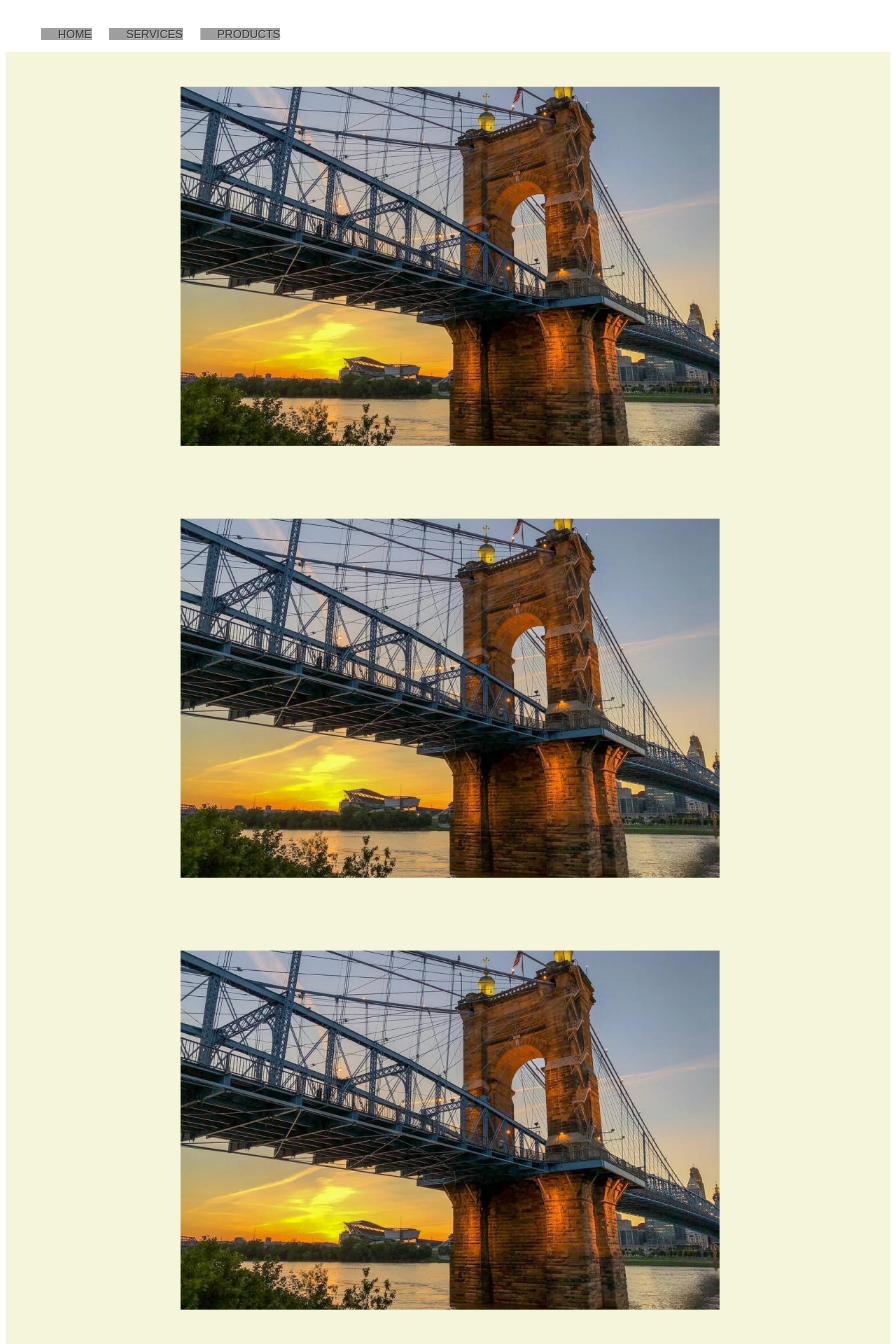
Repository: LtGriff/capstoneprogress
Page: index.html
An editor plug-in stored every save of this project. The page is shown before and after a run of saves, followed by the edit.
The browser window is 1280 px wide. The pictures show the part of the page from y = 0 to 1920 px (the page is 3167 px tall before and 2268 px after), at 70% of full size.
Pictures or frames that could not be fetched are drawn as grey boxes.

Above is the page before, as saved 2022-06-06 00:13:54.

### index.html
<!DOCTYPE html>
<html lang="en">
<head>
     <meta charset="UTF-8">
     <meta http-equiv="X-UA-Compatible" content="IE=edge">
     <meta name="viewport" content="width=device-width, initial-scale=1.0">
     <title>Document</title>
     <link rel="stylesheet" href="style.css">
</head>
<body>


     </html><nav id="main-menu">
     <ul class="nav-bar">
          <li class="nav-button-home"><a href="#">Home</a></li>
          <li class="nav-button-services"><a href="#">Services</a></li>
          <li class="nav-button-products"><a href="#">Products</a></li>
     </ul>
</nav>


<section class="gallery">
     <div class="picture">
          <img src="img/bridge.jpg" alt="bridge">


     </div>

     <div class="picture">
          <img src="img/bridge.jpg" alt="bridge">


     </div>

     <div class="picture">
          <img src="img/bridge.jpg" alt="bridge">


     </div>

     <div class="picture">
          <img src="img/bridge.jpg" alt="bridge">


     </div>


     <div class="picture">
          <img src="img/bridge.jpg" alt="bridge">


     </div>
</section>


</body>

### style.css
body { font-family: sans-serif; }

#main-menu .nav-bar { list-style:none; margin-top: 40px; }
#main-menu .nav-bar li { display:inline; padding:0 10px; }

#main-menu .nav-bar li a {
  text-decoration: none;
  padding-left: 25px;
  text-transform: uppercase;
  color: #333;
	text-shadow: 1px 1px 1px #ccc;
}

.nav-bar .nav-button-home a { background:url("https://www.cheesetoast.co.uk/cheesepress/wp-content/uploads/2012/08/home.gif") no-repeat 0px -2px transparent; }

.nav-bar .nav-button-services a { background:url("https://www.cheesetoast.co.uk/cheesepress/wp-content/uploads/2012/08/services.gif") no-repeat 0px -2px transparent; }

.nav-bar .nav-button-products a { background:url("https://www.cheesetoast.co.uk/cheesepress/wp-content/uploads/2012/08/products.gif") no-repeat 0px -2px transparent; }


.gallery{
  display: flex;
  flex-direction: row;
  flex-wrap: wrap;
  justify-content: space-between;
  background-color: beige;
  height: 100%;
  padding: 0px 200px;
}

.gallery .picture{
  margin: 50px;
}

.gallery .picture img{}

After the next 2 saves:
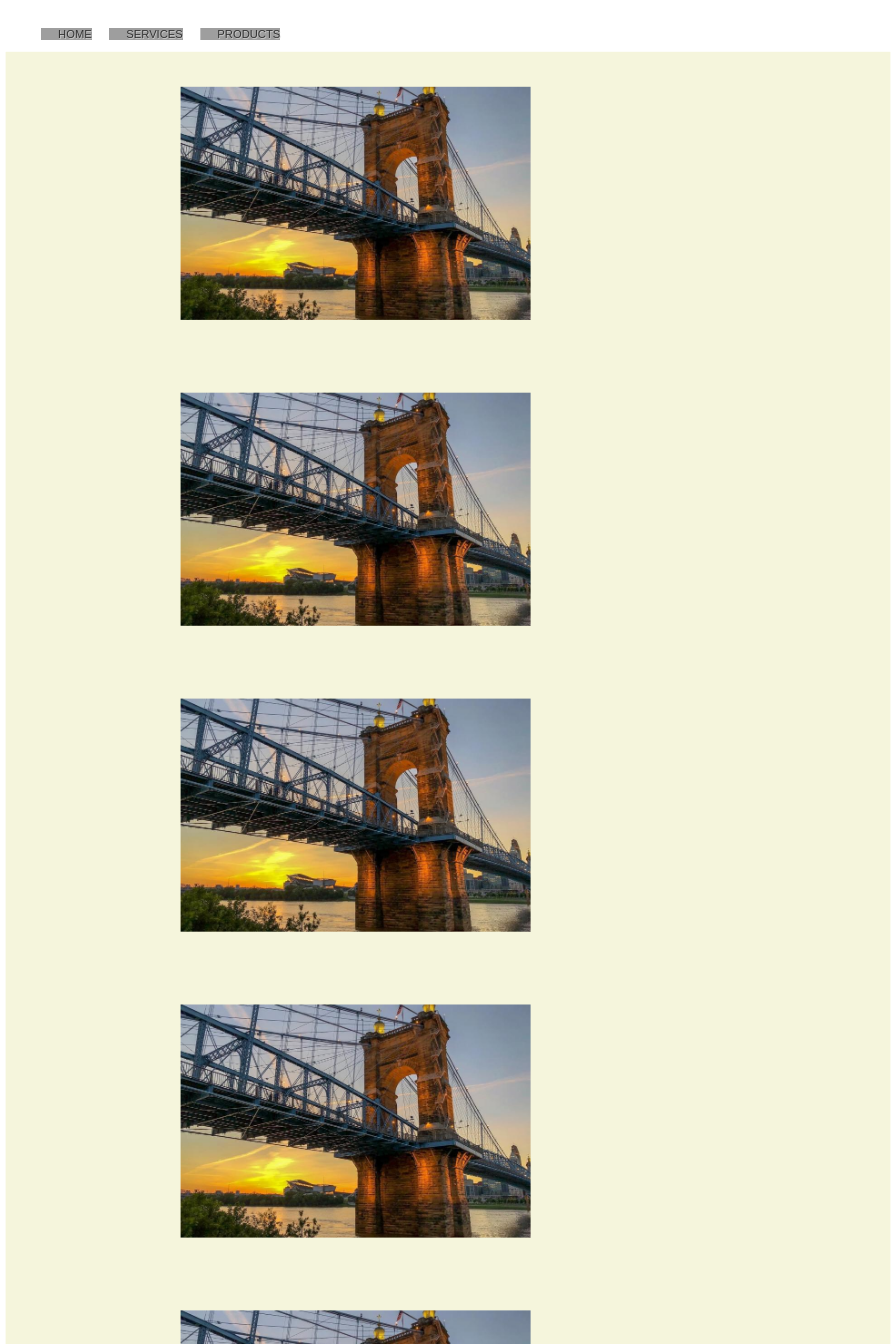
The 2 saves are shown as one change because they came seconds apart.
The last was saved 7 s later.
--- a/style.css
+++ b/style.css
@@ -32,4 +32,7 @@ body { font-family: sans-serif; }
   margin: 50px;
 }
 
-.gallery .picture img{}
+.gallery .picture img{
+  width: 500px;
+
+}
